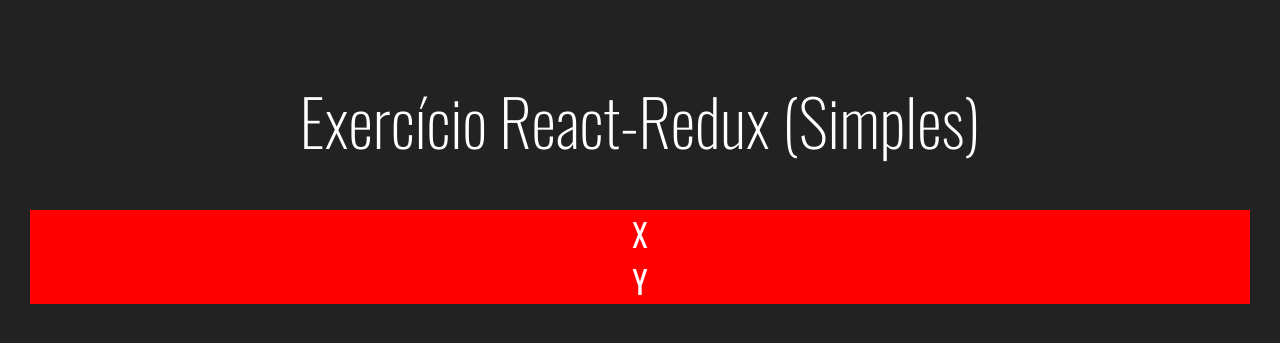
Repository: WellysonP/testando-react-redux
Page: /
These files come from the project's save history. The page is drawn as it stood at one moment and after the next save; the edit follows.
The browser window is 1280 px wide. The pictures show the whole page.
The project was rebuilt for these pictures with package versions that can differ from the ones it lists, and the page was loaded fresh each time.

Above is the page before, as saved 2023-01-12 16:29:35.

After the next save:
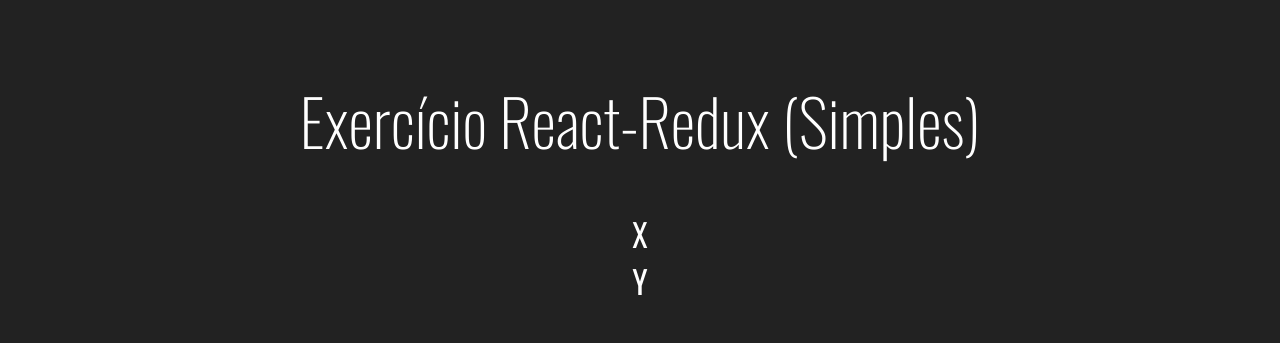
Saved 17 s later.
--- a/src/components/Card.css
+++ b/src/components/Card.css
@@ -1,4 +1,3 @@
 .Card{
     flex: 1;
-    background-color: red;
 }
